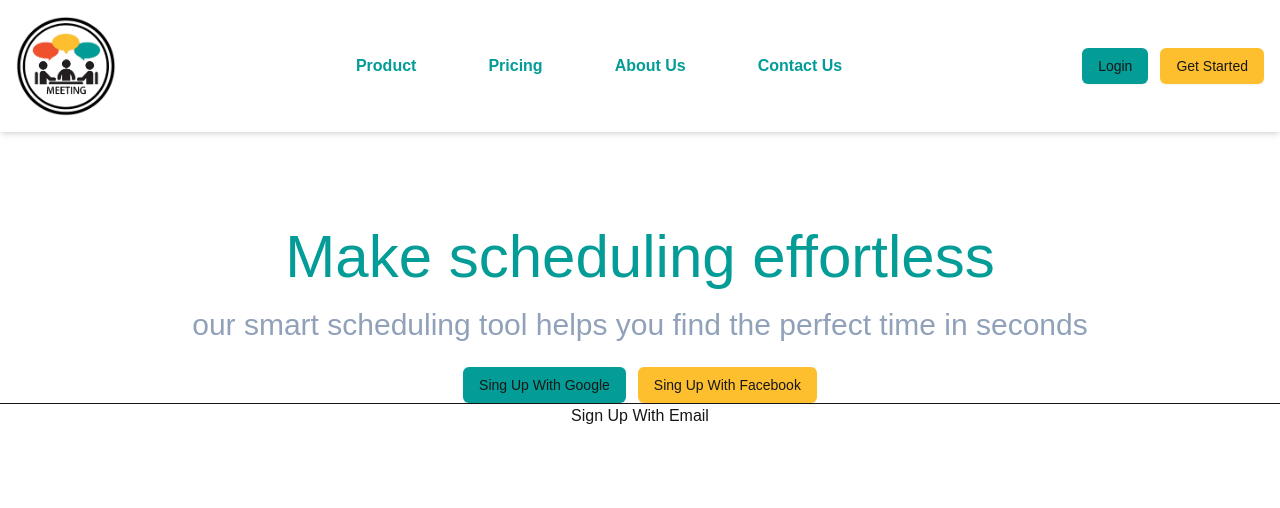
Repository: walaa-horani/scheduleMeetingNextjs
Page: /
An editor plug-in stored every save of this project. The page is shown before and after the next save, followed by the edit.
The browser window is 1280 px wide. The pictures show the whole page.
The project was rebuilt for these pictures with package versions that can differ from the ones it lists, and the page was loaded fresh each time. The framework's server and built-in components were replaced by stand-ins that run in the browser. Also part of the build but not shown: next.config.mjs.

Above is the page before, as saved 2025-05-21 22:31:48.

### app/page.js
import Image from "next/image";
import Header from "./_components/Header";
export default function Home() {
  return (
    <div >
      <Header/>
    </div>
  );
}

### app/_components/Header.js
import React from 'react'
import Image from 'next/image'
import { Button } from '@/components/ui/button'
import Link from 'next/link'
function Header() {
  return (
    <div>
        <div className='flex justify-between items-center p-4 shadow-md'>
            <Image className='w-[70px] md:w-[100px]' width={70} height={70} alt='logo' src="/logo.png"/>

            <ul className=' hidden text-[#039C96] font-bold  md:flex gap-14'>
                <li className= 'hover:bg-[#d0efee] transition-all duration-300 p-2 cursor-pointer'>Product</li>
                 <li className= 'hover:bg-[#d0efee] transition-all duration-300 p-2 cursor-pointer'>Pricing</li>
                  <li className= 'hover:bg-[#d0efee] transition-all duration-300 p-2 cursor-pointer'>About Us</li>
                   <li className= 'hover:bg-[#d0efee] transition-all duration-300 p-2 cursor-pointer'>Contact Us</li>
            </ul>

            <div >
                <Button className="bg-[#039C96] mr-3 cursor-pointer">Login</Button>
                 <Button className="bg-[#FEBF2F] cursor-pointer">Get Started</Button>
            </div>
        </div>

        <div className='text-center mt-20'>
          <h1 className=' text-[40px] md:text-[60px] text-[#039C96]'>Make scheduling effortless</h1>
          <h1 className='text-[30px] text-slate-400'> our smart scheduling tool helps you find the perfect time in seconds </h1>


            <div className='mt-5'>
                <Button className="bg-[#039C96] mr-3 cursor-pointer">Sing Up With Google</Button>
                 <Button className="bg-[#FEBF2F] cursor-pointer">Sing Up With Facebook</Button>
            </div>
            <hr/>
            <h2><Link href="" className="text-primary">Sign Up With Email</Link> </h2>
        </div>
    </div>
  )
}

export default Header

### components/ui/button.jsx
import * as React from "react"
import { Slot } from "@radix-ui/react-slot"
import { cva } from "class-variance-authority";

import { cn } from "@/lib/utils"

const buttonVariants = cva(
  "inline-flex items-center justify-center gap-2 whitespace-nowrap rounded-md text-sm font-medium transition-all disabled:pointer-events-none disabled:opacity-50 [&_svg]:pointer-events-none [&_svg:not([class*='size-'])]:size-4 shrink-0 [&_svg]:shrink-0 outline-none focus-visible:border-ring focus-visible:ring-ring/50 focus-visible:ring-[3px] aria-invalid:ring-destructive/20 dark:aria-invalid:ring-destructive/40 aria-invalid:border-destructive",
  {
    variants: {
      variant: {
        default:
          "bg-[#039C96] text-primary-foreground shadow-xs hover:bg-primary/90",
        destructive:
          "bg-destructive text-white shadow-xs hover:bg-destructive/90 focus-visible:ring-destructive/20 dark:focus-visible:ring-destructive/40 dark:bg-destructive/60",
        outline:
          "border bg-background shadow-xs hover:bg-accent hover:text-accent-foreground dark:bg-input/30 dark:border-input dark:hover:bg-input/50",
        secondary:
          "bg-secondary text-secondary-foreground shadow-xs hover:bg-secondary/80",
        ghost:
          "hover:bg-accent hover:text-accent-foreground dark:hover:bg-accent/50",
        link: "text-primary underline-offset-4 hover:underline",
      },
      size: {
        default: "h-9 px-4 py-2 has-[>svg]:px-3",
        sm: "h-8 rounded-md gap-1.5 px-3 has-[>svg]:px-2.5",
        lg: "h-10 rounded-md px-6 has-[>svg]:px-4",
        icon: "size-9",
      },
    },
    defaultVariants: {
      variant: "default",
      size: "default",
    },
  }
)

function Button({
  className,
  variant,
  size,
  asChild = false,
  ...props
}) {
  const Comp = asChild ? Slot : "button"

  return (
    <Comp
      data-slot="button"
      className={cn(buttonVariants({ variant, size, className }))}
      {...props} />
  );
}

export { Button, buttonVariants }

Loaded but not shown: app/layout.js (common file); app/globals.css (common file); lib/utils.js (common file)

After the next save:
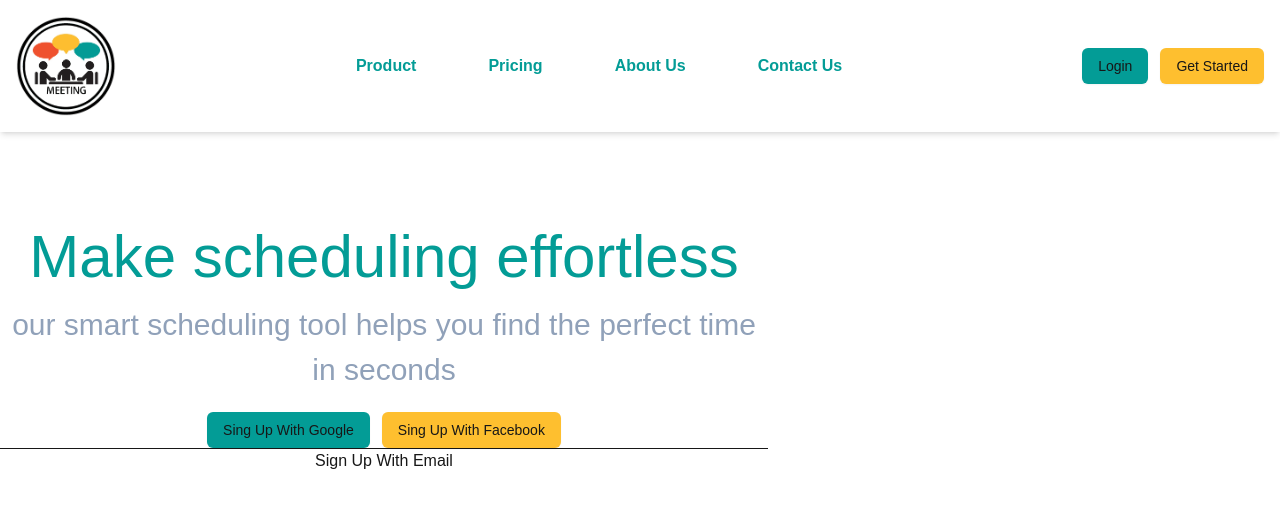
Saved 76 s later.
--- a/app/_components/Header.js
+++ b/app/_components/Header.js
@@ -21,7 +21,7 @@
             </div>
         </div>
 
-        <div className='text-center mt-20'>
+        <div className='text-center mt-20 max-w-3xl'>
           <h1 className=' text-[40px] md:text-[60px] text-[#039C96]'>Make scheduling effortless</h1>
           <h1 className='text-[30px] text-slate-400'> our smart scheduling tool helps you find the perfect time in seconds </h1>
 
